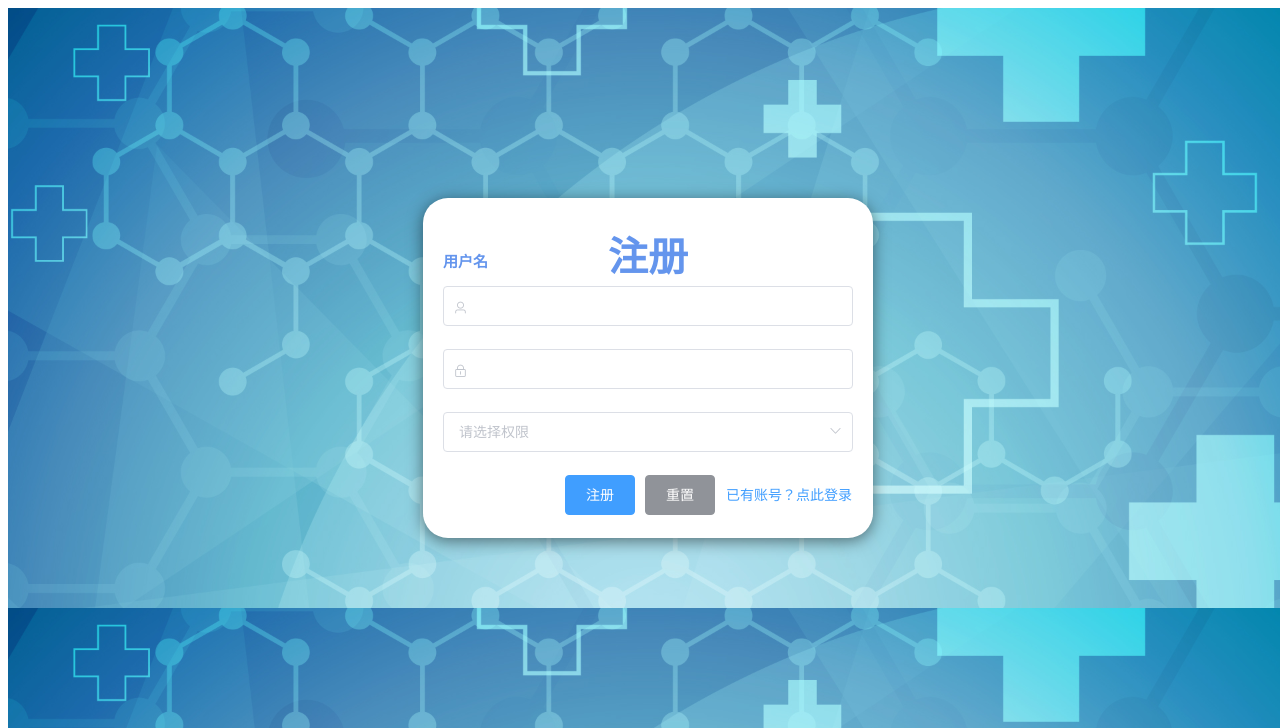
Repository: ShaoCHis/WEB-SOA-frontEnd
Page: /#/register
These files come from the project's save history. The page is drawn as it stood at one moment and after a run of saves; the edit follows.
The browser window is 1280 px wide. The pictures show the whole page.
The project was rebuilt for these pictures with package versions that can differ from the ones it lists, and the page was loaded fresh each time. Also part of the build but not shown: src/components/Login.vue, src/components/test.vue, src/components/test2.vue, src/components/Admin/ManagePage.vue, src/components/Hospital/HMainPage.vue, src/components/Patient/MainPage.vue.

Above is the page before, as saved 2021-11-16 18:45:34.

After the next 3 saves:
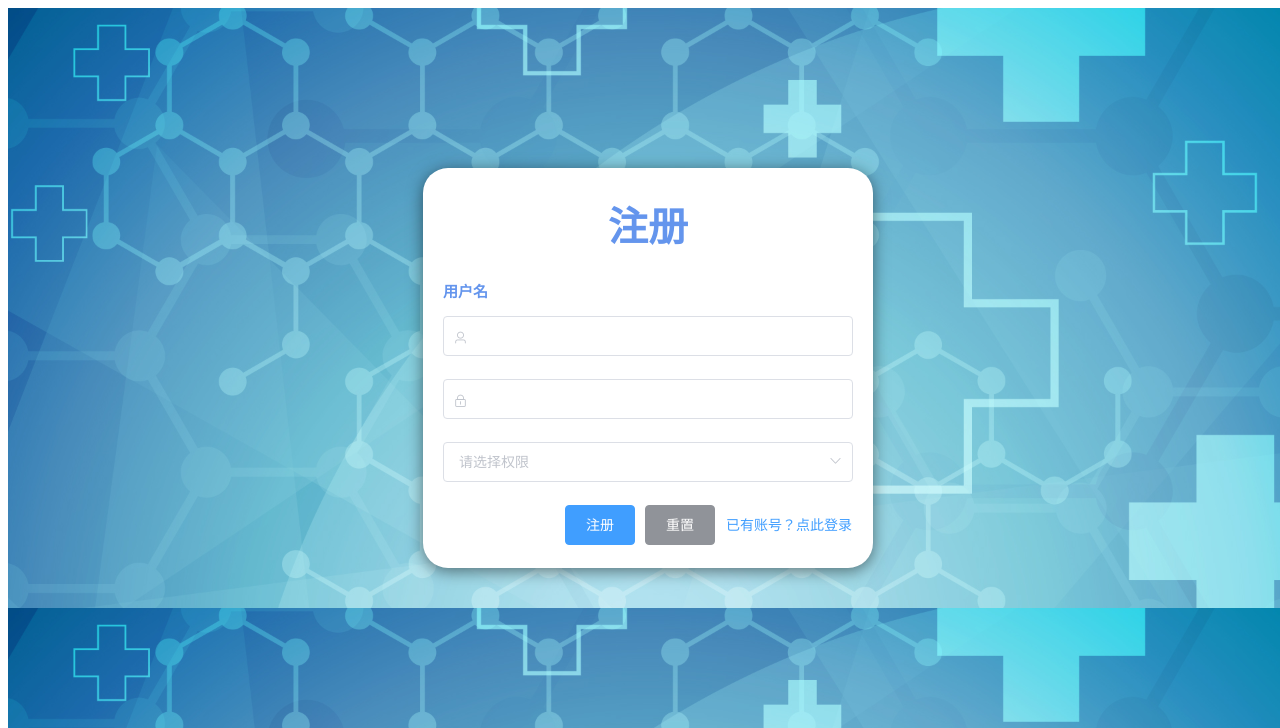
The 3 saves are shown as one change because they came seconds apart.
The last was saved 6 min 10 s later.
--- a/src/components/Register.vue
+++ b/src/components/Register.vue
@@ -120,7 +120,8 @@ export default {
 
 .register_box{
     width:450px;
-    height:340px;
+    // height:340px;
+    height:400px;
     background-color: #fff;
     border-radius: 25px;
     position:absolute;
